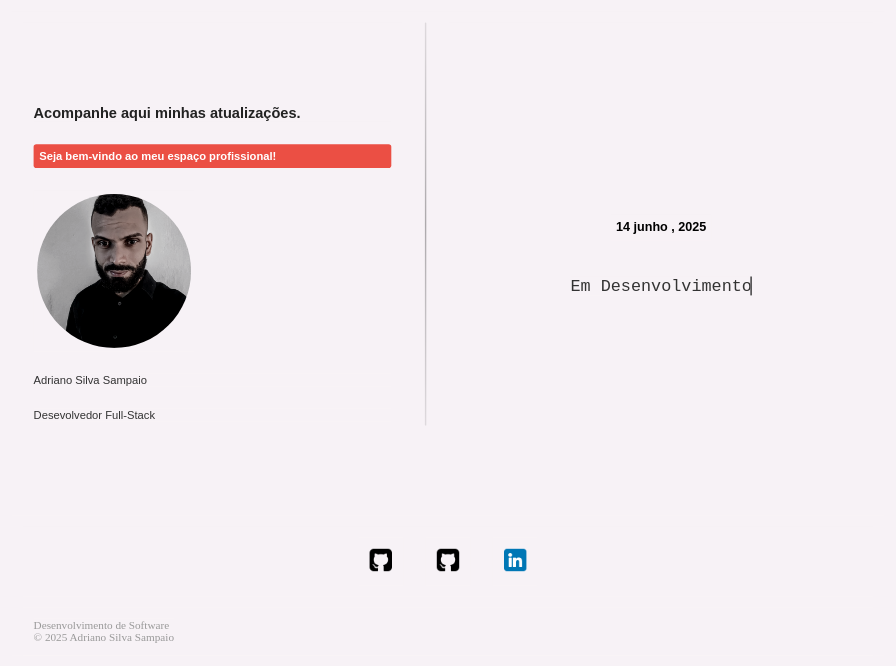
Repository: umdevadriano/portifolio2025
Page: /
An editor plug-in stored every save of this project. The page is shown before and after the next save, followed by the edit.
The browser window is 1280 px wide. The pictures show the part of the page from y = 0 to 1920 px (the page is 952 px tall before and 2780 px after), at 70% of full size.
The project was rebuilt for these pictures with package versions that can differ from the ones it lists, and the page was loaded fresh each time. Also part of the build but not shown: vite.config.ts.

Above is the page before, as saved 2025-06-22 20:15:36.

After the next save:
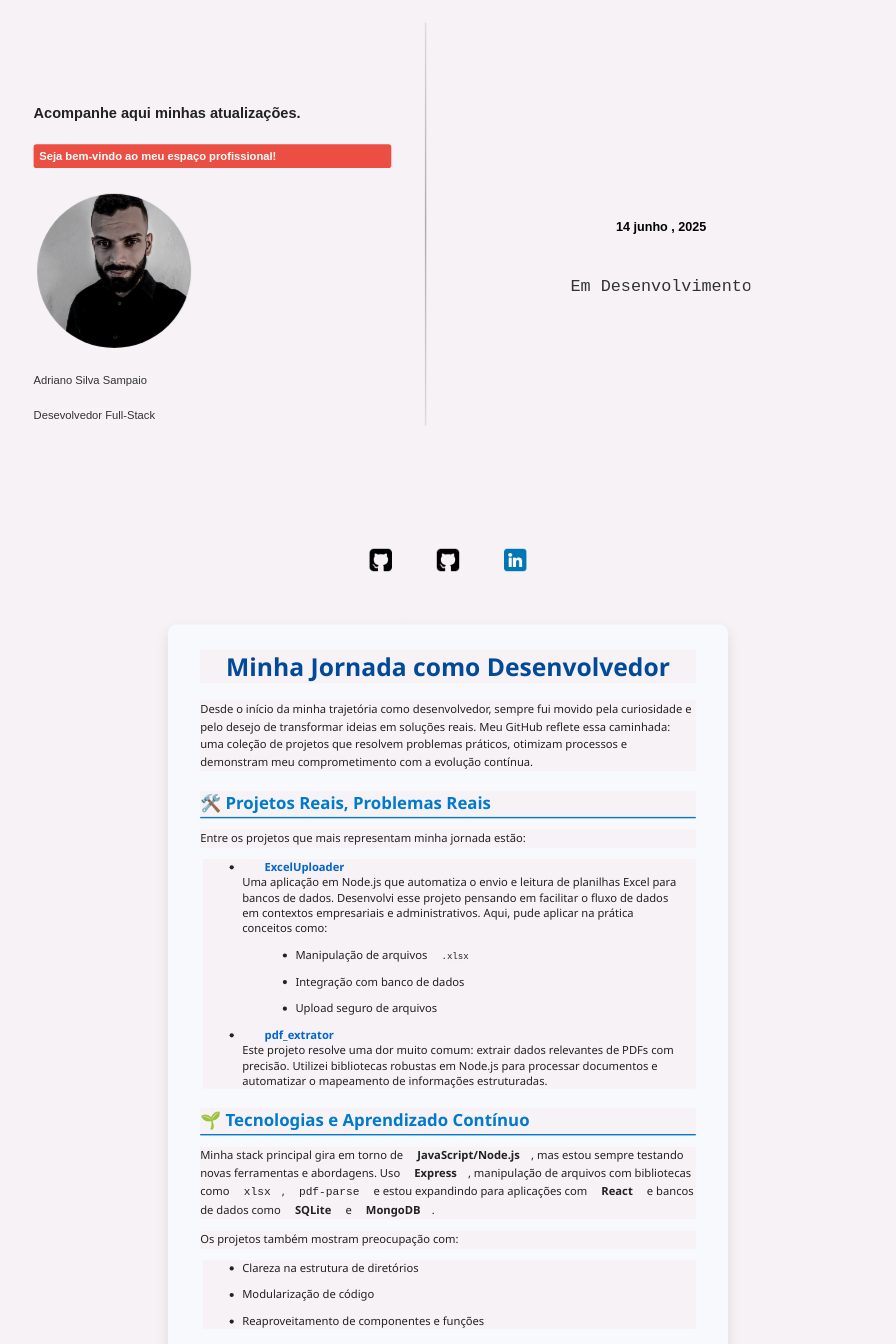
Saved 83 s later.
--- a/src/componentes/containerPrincipal/ContainerPrincipal.tsx
+++ b/src/componentes/containerPrincipal/ContainerPrincipal.tsx
@@ -4,6 +4,7 @@ import Footer from '../Footer/Footer';
 import RedesSociais from '../redesSociais/redesSociais';
 import github from '../redesSociais/github.png';
 import linkedin from '../redesSociais/linkedin.png';
+import ProfessionalStory from '../ProfessionalStory/ProfessionalStory';
 
 const data = new Date();
 const ano = data.getFullYear();
@@ -56,6 +57,7 @@ function ContainerPrincipal() {
         <Body/>
       </Principal>
       <RedesSociais redes={redes}/>
+      <ProfessionalStory/>
       <Footer>Desenvolvimento de Software<br />© {ano} Adriano Silva Sampaio</Footer>
     </>
   )
